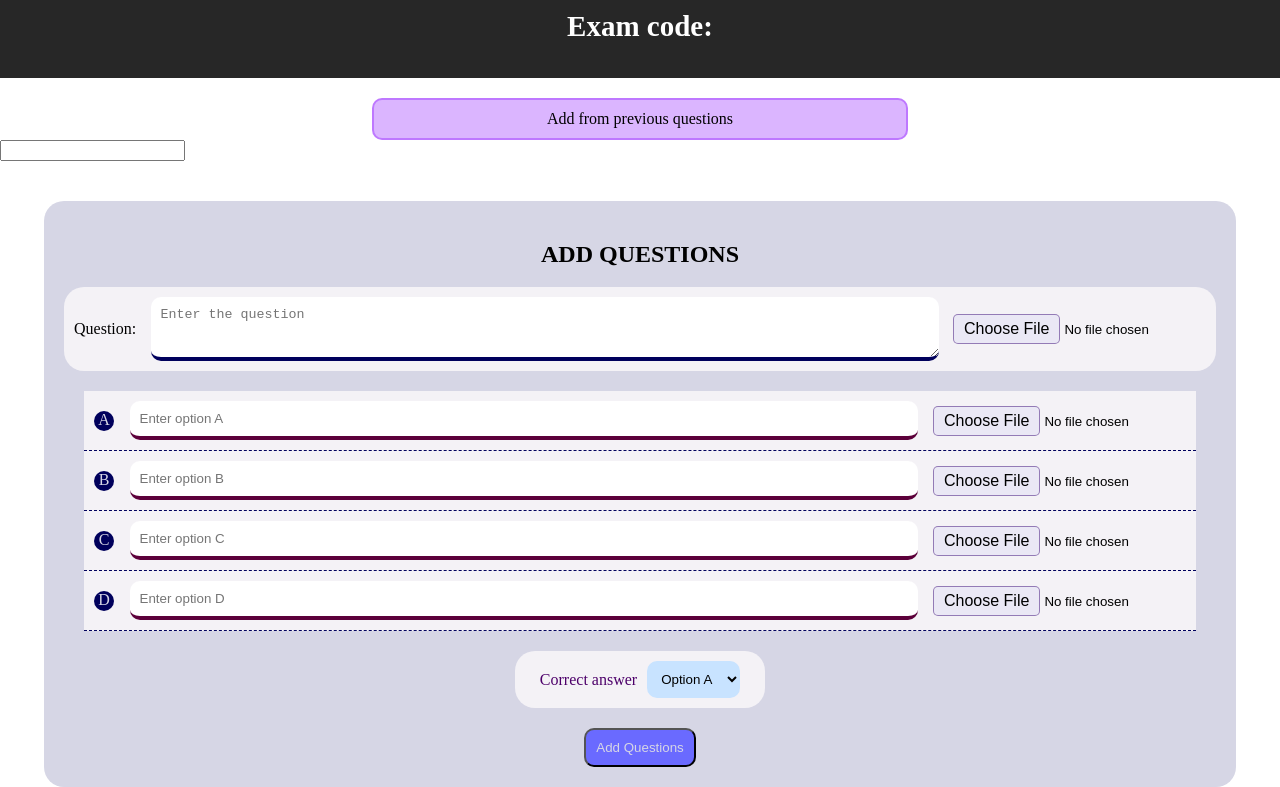
Repository: Buddhadip/ExamPortalApp_struts
Page: http://localhost/ExamWizard/WEB-INF/views/addQuestions.jsp
These files come from the project's save history. The page is drawn as it stood at one moment and after the next save; the edit follows.
The browser window is 1280 px wide. The pictures show the whole page.
The page is served by Tomcat 9. Nobody is signed in. Other server files are loaded and not shown. The template is opened directly, without the code that normally fills it, so the values that code supplies are empty.

Above is the page before, as saved 2023-07-19 10:42:31.

### ExamWizard/src/main/webapp/WEB-INF/views/addQuestions.jsp
<%@ page language="java" contentType="text/html; charset=ISO-8859-1"
    pageEncoding="ISO-8859-1"%>
<!DOCTYPE html>
<html>
<head>
<meta charset="ISO-8859-1">
<title>Add Questions</title>
<link rel="stylesheet" href="public/styles/addQuestions.css" />
</head>
<body>
    <div id="header">Exam code:  ${eid} </div>
    <div class="more-qs">
      <a href="./allQuestions">Add from previous questions</a>
    </div>
    <div>
      <form id="mcq-form">
        <input

              type="text"
              id="option-a-image"
              name="eid"
              value= "${eid}"
            />
        <div class="question-container">
          <h2 style="text-align: center">ADD QUESTIONS</h2>
          <div class="question-section">
            <label for="question1">Question:</label>
            <textarea
              type="text"
              id="question1"
              name="q-text"
              placeholder="Enter the question"
              oninput="autoResizeTextarea(this)"
              required
            ></textarea>
            <input
              class="file-input"
              type="file"
              id="option-a-image"
              name="q-image"
              onchange="handleFileInputChange(this)"
            />
            <!-- <img id="preview-image" class="preview-image" src="" alt="Preview Image" /> -->
          </div>

          <div class="option-section">
            <div class="option">
              <label for="option-a">
              	<div class="round-option">A</div>
              </label>
              <input
                type="text"
                class="option-input"
                id="option-a-text"
                name="option-a-text"
                placeholder="Enter option A"
                required
              />
              <input
                class="file-input"
                type="file"
                id="option-a-image"
                name="option-a-image"
                onchange="handleFileInputChange(this)"
              />
            </div>

            <div class="option">
              <label for="option-b"><div class="round-option">B</div></label>
              <input
                type="text"
                class="option-input"
                id="option-b-text"
                name="option-b-text"
                placeholder="Enter option B"
                required
              />
              <input
                class="file-input"
                type="file"
                id="option-b-image"
                name="option-b-image"
                onchange="handleFileInputChange(this)"
              />
            </div>

            <div class="option">
              <label for="option-c"><div class="round-option">C</div></label>
              <input
                type="text"
                class="option-input"
                id="option-c-text"
                name="option-c-text"
                placeholder="Enter option C"
                required
              />
              <input
                class="file-input"
                type="file"
                id="option-c-image"
                name="option-c-image"
                onchange="handleFileInputChange(this)"
              />
            </div>

            <div class="option">
              <label for="option-d"><div class="round-option">D</div></label>
              <input
                type="text"
                class="option-input"
                id="option-d-text"
                name="option-d-text"
                placeholder="Enter option D"
                required
              />
              <input
                class="file-input"
                type="file"
                id="option-d-image"
                name="option-d-image"
                onchange="handleFileInputChange(this)"
              />
            </div>
          </div>
          <div class="correct-option">
            <label for="answer">Correct answer</label>
            <select class="custom-select" name="answer" id="answer">
              <option value="a">Option A</option>
              <option value="b">Option B</option>
              <option value="c">Option C</option>
              <option value="d">Option D</option>
            </select>
          </div>
          <div style="display: flex; justify-content: center; margin-top: 20px">
            <button class="add-qs-button" type="submit" class="submit-btn">
              Add Questions
            </button>
          </div>
        </div>
      </form>
    </div>
</body>
</html>

### ExamWizard/src/main/webapp/public/styles/addQuestions.css
@charset "ISO-8859-1";
body{
    margin: 0;
    padding: 0;
}

#header {
  background-color: #272727;
  height: 8vh;
  color: #fff;
  padding: 10px;
  text-align: center;
  font-size: 29px;
  font-weight: bold;
}
.question {
  background-color: #e6e6ef;
  margin-top: 20px;
  border-radius: 20px;
  padding: 20px;
}

.question label {
  display: flex;
  cursor: pointer;
  font-weight: 500;
  position: relative;
  overflow: hidden;
  margin-bottom: 0.375em;
}
.question label input {
  position: absolute;
  left: -9999px;
}
.question label input:checked + span {
  background-color: #d6d6e5;
}
.question label input:checked + span:before {
  box-shadow: inset 0 0 0 0.4375em #00005c;
}
.question label span {
  display: flex;
  align-items: center;
  padding: 0.375em 0.75em 0.375em 0.375em;
  border-radius: 99em;
  transition: 0.25s ease;
}
.question label span:hover {
  background-color: #d6d6e5;
}
.question label span:before {
  display: flex;
  flex-shrink: 0;
  content: "";
  background-color: #fff;
  width: 1.5em;
  height: 1.5em;
  border-radius: 50%;
  margin-right: 0.375em;
  transition: 0.25s ease;
  box-shadow: inset 0 0 0 0.125em #00005c;
}
.change-button2{
    cursor: pointer;
    margin: 5px;
    padding: 10px;
    border-radius: 10px;
  }

  #delete-button{
    background-color: #d50004;
    color: #ffffff;
    margin: auto;
  }
  .button-section{
    display: flex;
    justify-content: center;
    align-items: center;
    height: 80px;
  }

  #prev_problems{

    background-color: #f2f1f1;
    width: 90vw;
    margin: auto;
    border-radius: 20px;
    padding: 20px;
    margin-top: 40px;
  }
  .question-container {
    margin-bottom: 20px;
    background-color: #d6d6e5;
    width: 90vw;
    padding: 20px;
    border-radius: 20px;
    margin: auto;
    margin-top: 40px;
  }

    .question-container h3{
        margin-bottom: 20px;
    }

    .question-section{
        display: flex;
        justify-content: space-between;
        align-items: center;
        background-color: #fffdfdbb;
        border-radius: 20px;
        padding:10px;
    }

    textarea{
        width: 60vw;
        min-height: 40px;
        resize: vertical;
        border-radius: 10px;
        padding: 10px;
        border: none;
        border-bottom: #00005c 4px solid;
        overflow: hidden;
    }

    .option-input{
        width: 60vw;
        min-height: 15px;
        resize: vertical;
        border-radius: 10px;
        padding: 10px;
        border: none;
        border-bottom: #5c003a 4px solid;
        overflow: hidden;
    }

    .file-input::file-selector-button  {
        background-color: #0000e00a;
        padding: 5px 10px;
        font-size: 16px;
        border:  1px solid #32006f78;
        border-radius: 5px;
    }
    .round-option{
      display:inline-block;
      width:20px;
      height:20px;
      border-radius: 50%;
      background-color: #00005c;
      color: #d6d6e5;
      text-align: center;
    }

    .option{
      display: flex;
      justify-content: space-between;
      align-items: center;
      background-color: #fffdfdbb;
      padding: 10px;
      border-bottom: 1px dashed #00005c;
    }

    .option-section{
      margin: 20px;
    }

    .correct-option{
      background-color: #fffdfdbb;
      color: #4d006a;
      margin: 20px;
      padding: 10px;
      display: flex;
      justify-content: center;
      align-items: center;
      width: 20%;
      margin: auto;
      border-radius: 20px;
    }
    .custom-select {
      position: relative;
      font-family: Arial;
      background-color: rgb(200, 227, 255);
      padding: 10px;
      border:none;
      border-radius: 10px;
      margin-left: 10px;
    }

    .add-qs-button{
      background-color: #6a6aff;
      color: #d6d6e5;
      padding: 10px;
      border-radius: 10px;
      cursor: pointer;
      margin: auto;
    }


    .more-qs{
      width: 40%;
      margin: auto;
      background-color: rgba(188, 116, 255, 0.533);
      border: 2px solid rgba(188, 116, 255, 0.933);
      color: black;
      padding: 10px;
      border-radius: 10px;
      text-align: center;
      margin-top: 20px;
      cursor: pointer;
    }

    .more-qs:hover{
      background-color: rgba(188, 116, 255, 0.733);
      color: #ffffff;
    }

    .more-qs a{
      text-decoration: none;
      color: inherit;
    }

After the next save:
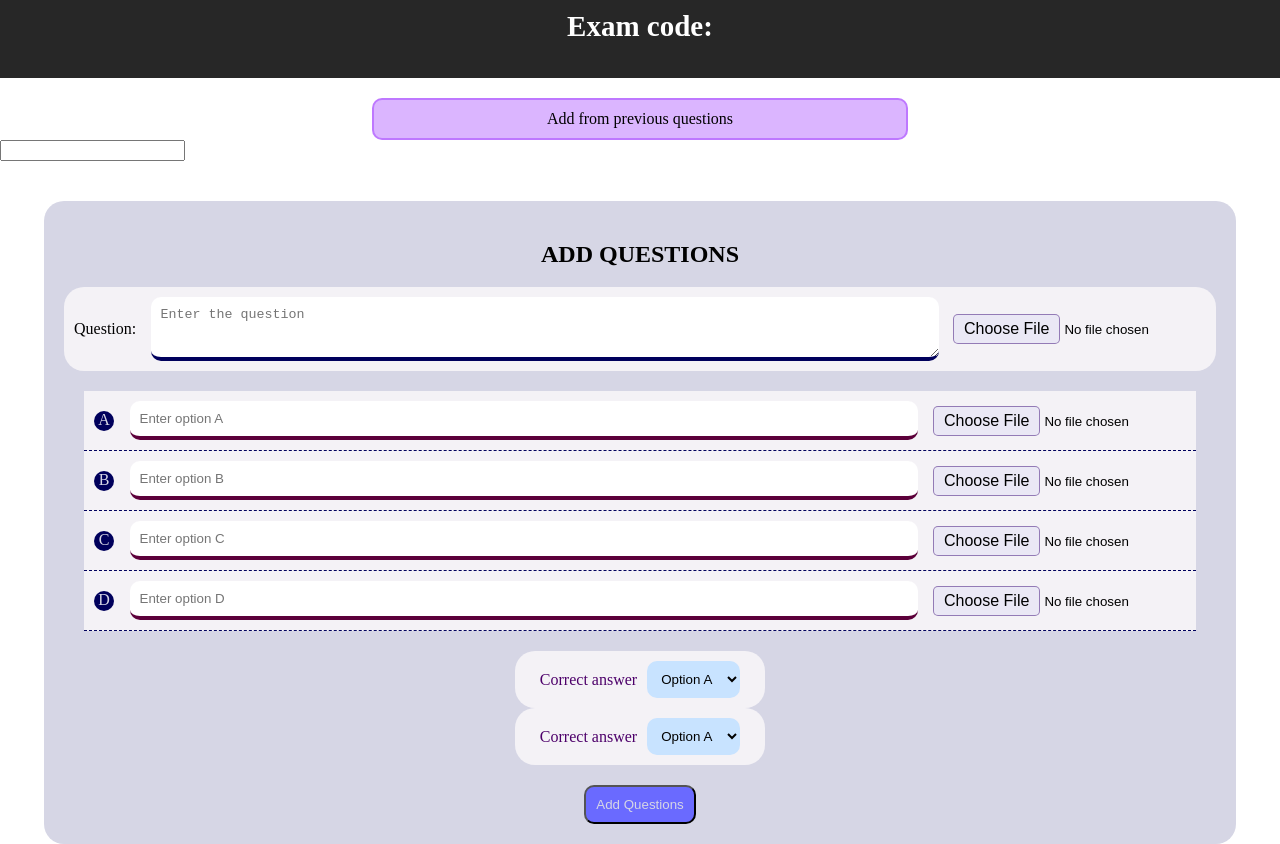
Saved 86 s later.
--- a/ExamWizard/src/main/webapp/WEB-INF/views/addQuestions.jsp
+++ b/ExamWizard/src/main/webapp/WEB-INF/views/addQuestions.jsp
@@ -131,6 +131,15 @@
               <option value="d">Option D</option>
             </select>
           </div>
+          <div class="correct-option">
+            <label for="answer">Correct answer</label>
+            <select class="custom-select" name="answer" id="answer">
+              <option value="a">Option A</option>
+              <option value="b">Option B</option>
+              <option value="c">Option C</option>
+              <option value="d">Option D</option>
+            </select>
+          </div>
           <div style="display: flex; justify-content: center; margin-top: 20px">
             <button class="add-qs-button" type="submit" class="submit-btn">
               Add Questions
